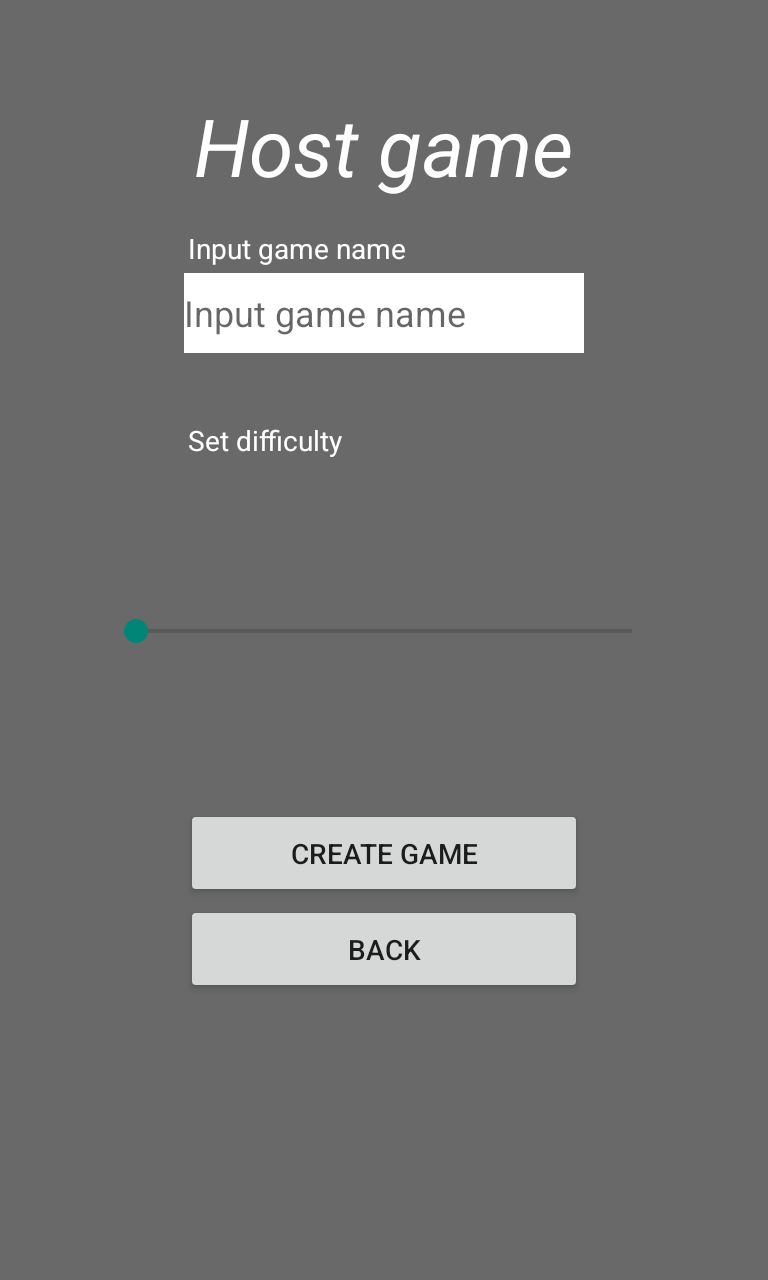
Repository: Hannanina/GuessTag
Layout: GuessTag/res/layout/activity_host.xml
These files come from the project's save history. The layout is drawn as it stood at one moment and after the next save; the edit follows.
It is drawn on a 768 x 1280 px phone screen (xhdpi) without system bars, with theme AppTheme; the app's code is not run.

Above is the layout before, as saved 2014-12-08 10:41:29.

### GuessTag/res/layout/activity_host.xml
<LinearLayout xmlns:android="http://schemas.android.com/apk/res/android"
    xmlns:tools="http://schemas.android.com/tools"
    android:layout_width="match_parent"
    android:layout_height="match_parent"
    android:paddingBottom="@dimen/activity_vertical_margin"
    android:paddingLeft="@dimen/activity_horizontal_margin"
    android:paddingRight="@dimen/activity_horizontal_margin"
    android:paddingTop="@dimen/activity_vertical_margin"
    android:orientation="vertical"
    android:background="@color/DimGray"
    tools:context="com.example.guesstag.HostActivity" >

    <TextView
        android:id="@+id/host_heading"
        android:layout_marginTop="30dp"
        android:layout_marginBottom="15dp"
        android:layout_width="wrap_content"
	    android:layout_height="wrap_content"
	    android:layout_gravity="center"
	    android:text="@string/host_heading"
	    android:textStyle="italic"
	    android:textSize="40sp"
	    android:textColor="@color/White">
    </TextView>

    <LinearLayout
        android:id="@+id/input_container"
        android:orientation="vertical"
        android:layout_width="200dp"
        android:layout_height="96dp"
        android:layout_gravity="center" >
   		<TextView
        	android:id="@+id/game_name_instruction"
        	android:layout_width="wrap_content"
	    	android:layout_height="wrap_content"
	    	android:layout_marginLeft="2dp"
	    	android:layout_marginBottom="3dp"
	    	android:text="@string/game_name_instruction"
	    	android:textColor="@color/White">
    	</TextView>

    	<EditText
        	android:id="@+id/input_game_name"
        	android:layout_width="match_parent"
        	android:layout_height="40dp"
        	android:layout_gravity="center"
        	android:background="@color/White"
        	android:hint="@string/input_game_name" >

    	</EditText>
    </LinearLayout>
    <LinearLayout
        android:id="@+id/inst_container"
        android:orientation="vertical"
        android:layout_width="200dp"
        android:layout_height="96dp"
        android:layout_gravity="center" >

        <TextView
        	android:id="@+id/difficulty_setting_instruction"
        	android:layout_width="wrap_content"
	    	android:layout_height="wrap_content"
	    	android:layout_marginLeft="2dp"
	    	android:layout_marginBottom="3dp"
	    	android:text="@string/difficulty_setting_instruction"
	    	android:textColor="@color/White">
    	</TextView>

    </LinearLayout>
    <LinearLayout
        android:id="@+id/difficulty_container"
        android:orientation="vertical"
        android:layout_width="280dp"
        android:layout_height="96dp"
        android:layout_gravity="center" >

        <SeekBar
            android:layout_width="match_parent"
            android:layout_height="wrap_content" >
        </SeekBar>
    </LinearLayout>

    <Button
	    android:id="@+id/button_create"
	    android:layout_width="200dp"
	    android:layout_height="48dp"
	    android:layout_gravity="bottom|center"
	    android:text="@string/button_create"
	    android:onClick="onClickCreate" >
	</Button>

    <Button
	    android:id="@+id/button_back"
	    android:layout_width="200dp"
	    android:layout_height="48dp"
	    android:layout_gravity="bottom|center"
	    android:text="@string/button_back"
	    android:onClick="onClickBack" >
	</Button>

</LinearLayout>

### GuessTag/res/values/colors.xml
<?xml version="1.0" encoding="utf-8"?>
<resources>
 <color name="white">#FFFFFF</color>
 <color name="yellow">#FFFF00</color>
 <color name="fuchsia">#FF00FF</color>
 <color name="red">#FF0000</color>
 <color name="silver">#C0C0C0</color>
 <color name="gray">#808080</color>
 <color name="olive">#808000</color>
 <color name="purple">#800080</color>
 <color name="maroon">#800000</color>
 <color name="aqua">#00FFFF</color>
 <color name="lime">#00FF00</color>
 <color name="teal">#008080</color>
 <color name="green">#008000</color>
 <color name="blue">#0000FF</color>
 <color name="navy">#000080</color>
 <color name="black">#000000</color>


 <color name="White">#FFFFFF</color>
 <color name="Ivory">#FFFFF0</color>
 <color name="LightYellow">#FFFFE0</color>
 <color name="Yellow">#FFFF00</color>
 <color name="Snow">#FFFAFA</color>
 <color name="FloralWhite">#FFFAF0</color>
 <color name="LemonChiffon">#FFFACD</color>
 <color name="Cornsilk">#FFF8DC</color>
 <color name="Seashell">#FFF5EE</color>
 <color name="LavenderBlush">#FFF0F5</color>
 <color name="PapayaWhip">#FFEFD5</color>
 <color name="BlanchedAlmond">#FFEBCD</color>
 <color name="MistyRose">#FFE4E1</color>
 <color name="Bisque">#FFE4C4</color>
 <color name="Moccasin">#FFE4B5</color>
 <color name="NavajoWhite">#FFDEAD</color>
 <color name="PeachPuff">#FFDAB9</color>
 <color name="Gold">#FFD700</color>
 <color name="Pink">#FFC0CB</color>
 <color name="LightPink">#FFB6C1</color>
 <color name="Orange">#FFA500</color>
 <color name="LightSalmon">#FFA07A</color>
 <color name="DarkOrange">#FF8C00</color>
 <color name="Coral">#FF7F50</color>
 <color name="HotPink">#FF69B4</color>
 <color name="Tomato">#FF6347</color>
 <color name="OrangeRed">#FF4500</color>
 <color name="DeepPink">#FF1493</color>
 <color name="Fuchsia">#FF00FF</color>
 <color name="Magenta">#FF00FF</color>
 <color name="Red">#FF0000</color>
 <color name="OldLace">#FDF5E6</color>
 <color name="LightGoldenrodYellow">#FAFAD2</color>
 <color name="Linen">#FAF0E6</color>
 <color name="AntiqueWhite">#FAEBD7</color>
 <color name="Salmon">#FA8072</color>
 <color name="GhostWhite">#F8F8FF</color>
 <color name="MintCream">#F5FFFA</color>
 <color name="WhiteSmoke">#F5F5F5</color>
 <color name="Beige">#F5F5DC</color>
 <color name="Wheat">#F5DEB3</color>
 <color name="SandyBrown">#F4A460</color>
 <color name="Azure">#F0FFFF</color>
 <color name="Honeydew">#F0FFF0</color>
 <color name="AliceBlue">#F0F8FF</color>
 <color name="Khaki">#F0E68C</color>
 <color name="LightCoral">#F08080</color>
 <color name="PaleGoldenrod">#EEE8AA</color>
 <color name="Violet">#EE82EE</color>
 <color name="DarkSalmon">#E9967A</color>
 <color name="Lavender">#E6E6FA</color>
 <color name="LightCyan">#E0FFFF</color>
 <color name="BurlyWood">#DEB887</color>
 <color name="Plum">#DDA0DD</color>
 <color name="Gainsboro">#DCDCDC</color>
 <color name="Crimson">#DC143C</color>
 <color name="PaleVioletRed">#DB7093</color>
 <color name="Goldenrod">#DAA520</color>
 <color name="Orchid">#DA70D6</color>
 <color name="Thistle">#D8BFD8</color>
 <color name="LightGrey">#D3D3D3</color>
 <color name="Tan">#D2B48C</color>
 <color name="Chocolate">#D2691E</color>
 <color name="Peru">#CD853F</color>
 <color name="IndianRed">#CD5C5C</color>
 <color name="MediumVioletRed">#C71585</color>
 <color name="Silver">#C0C0C0</color>
 <color name="DarkKhaki">#BDB76B</color>
 <color name="RosyBrown">#BC8F8F</color>
 <color name="MediumOrchid">#BA55D3</color>
 <color name="DarkGoldenrod">#B8860B</color>
 <color name="FireBrick">#B22222</color>
 <color name="PowderBlue">#B0E0E6</color>
 <color name="LightSteelBlue">#B0C4DE</color>
 <color name="PaleTurquoise">#AFEEEE</color>
 <color name="GreenYellow">#ADFF2F</color>
 <color name="LightBlue">#ADD8E6</color>
 <color name="DarkGray">#A9A9A9</color>
 <color name="Brown">#A52A2A</color>
 <color name="Sienna">#A0522D</color>
 <color name="YellowGreen">#9ACD32</color>
 <color name="DarkOrchid">#9932CC</color>
 <color name="PaleGreen">#98FB98</color>
 <color name="DarkViolet">#9400D3</color>
 <color name="MediumPurple">#9370DB</color>
 <color name="LightGreen">#90EE90</color>
 <color name="DarkSeaGreen">#8FBC8F</color>
 <color name="SaddleBrown">#8B4513</color>
 <color name="DarkMagenta">#8B008B</color>
 <color name="DarkRed">#8B0000</color>
 <color name="BlueViolet">#8A2BE2</color>
 <color name="LightSkyBlue">#87CEFA</color>
 <color name="SkyBlue">#87CEEB</color>
 <color name="Gray">#808080</color>
 <color name="Olive">#808000</color>
 <color name="Purple">#800080</color>
 <color name="Maroon">#800000</color>
 <color name="Aquamarine">#7FFFD4</color>
 <color name="Chartreuse">#7FFF00</color>
 <color name="LawnGreen">#7CFC00</color>
 <color name="MediumSlateBlue">#7B68EE</color>
 <color name="LightSlateGray">#778899</color>
 <color name="SlateGray">#708090</color>
 <color name="OliveDrab">#6B8E23</color>
 <color name="SlateBlue">#6A5ACD</color>
 <color name="DimGray">#696969</color>
 <color name="MediumAquamarine">#66CDAA</color>
 <color name="CornflowerBlue">#6495ED</color>
 <color name="CadetBlue">#5F9EA0</color>
 <color name="DarkOliveGreen">#556B2F</color>
 <color name="Indigo">#4B0082</color>
 <color name="MediumTurquoise">#48D1CC</color>
 <color name="DarkSlateBlue">#483D8B</color>
 <color name="SteelBlue">#4682B4</color>
 <color name="RoyalBlue">#4169E1</color>
 <color name="Turquoise">#40E0D0</color>
 <color name="MediumSeaGreen">#3CB371</color>
 <color name="LimeGreen">#32CD32</color>
 <color name="DarkSlateGray">#2F4F4F</color>
 <color name="SeaGreen">#2E8B57</color>
 <color name="ForestGreen">#228B22</color>
 <color name="LightSeaGreen">#20B2AA</color>
 <color name="DodgerBlue">#1E90FF</color>
 <color name="MidnightBlue">#191970</color>
 <color name="Aqua">#00FFFF</color>
 <color name="Cyan">#00FFFF</color>
 <color name="SpringGreen">#00FF7F</color>
 <color name="Lime">#00FF00</color>
 <color name="MediumSpringGreen">#00FA9A</color>
 <color name="DarkTurquoise">#00CED1</color>
 <color name="DeepSkyBlue">#00BFFF</color>
 <color name="DarkCyan">#008B8B</color>
 <color name="Teal">#008080</color>
 <color name="Green">#008000</color>
 <color name="DarkGreen">#006400</color>
 <color name="Blue">#0000FF</color>
 <color name="MediumBlue">#0000CD</color>
 <color name="DarkBlue">#00008B</color>
 <color name="Navy">#000080</color>
 <color name="Black">#000000</color>
</resources>

### GuessTag/res/values/strings.xml
<?xml version="1.0" encoding="utf-8"?>
<resources>

    <string name="app_name">guess#</string>
    <string name="hello_world">Hello world!</string>
    <string name="action_settings">Settings</string>

    <!-- BACK BUTTON -->
    <string name="button_back">Back</string>

    <!-- START ACTIVITY -->
    <string name="start_heading">guess#</string>
    <string name="button_start">Start new game</string>
    <string name="button_highscore">Highscore</string>
    <string name="button_rules">Rules</string>
    <string name="title_activity_rules">RulesActivity</string>

    <!-- RULES ACTIVITY -->
    <string name="rules_heading">Rules</string>
    <string name="rules_text">Lorem ipsum dolor sit amet, consectetuer adipiscing elit, sed diam nonummy nibh euismod tincidunt ut laoreet dolore magna aliquam erat volutpat. Ut wisi enim ad minim veniam, quis nostrud exerci tation ullamcorper suscipit lobortis nisl ut aliquip ex ea commodo consequat. Duis autem vel eum iriure dolor in hendrerit in vulputate velit esse molestie consequat, vel illum dolore eu feugiat nulla facilisis at vero eros et accumsan et iusto odio dignissim qui blandit praesent luptatum zzril delenit augue duis dolore te feugait nulla facilisi. Nam liber tempor cum soluta nobis eleifend option congue nihil imperdiet doming id quod mazim placerat facer possim assum. Typi non habent claritatem insitam; est usus legentis in iis qui facit eorum claritatem. Investigationes demonstraverunt lectores legere me lius quod ii legunt saepius. Claritas est etiam processus dynamicus, qui sequitur mutationem consuetudium lectorum. Mirum est notare quam littera gothica, quam nunc putamus parum claram, anteposuerit litterarum formas humanitatis per seacula quarta decima et quinta decima. Eodem modo typi, qui nunc nobis videntur parum clari, fiant sollemnes in futurum.</string>

    <!-- NEW ACTIVITY -->
    <string name="new_heading">Start new game</string>
    <string name="button_host">Host game</string>
    <string name="button_join">Join game</string>

    <!-- HOST ACTIVITY -->
    <string name="host_heading">Host game</string>
    <string name="game_name_instruction">Input game name</string>
    <string name="difficulty_setting_instruction">Set difficulty</string>
    <string name="input_game_name">Input game name</string>
    <string name="button_create">Create game</string>

    <!-- INPUT TAG ACTIVITY -->
    <string name="title_activity_input_tag">InputTagActivity</string>
    <string name="title_activity_select_tagger">SelectTaggerActivity</string>

    <!-- TIMER ACTIVITY -->
    <string name="title_activity_timer">TimerActivity</string>
    <string name="title_activity_host">HostActivity</string>

</resources>

Loaded but not shown: GuessTag/res/values/styles.xml (common file); GuessTag/res/values-v11/styles.xml (common file); GuessTag/res/values-v14/styles.xml (common file); GuessTag/res/values/dimens.xml (common file); GuessTag/res/values-w820dp/dimens.xml (common file)

After the next save:
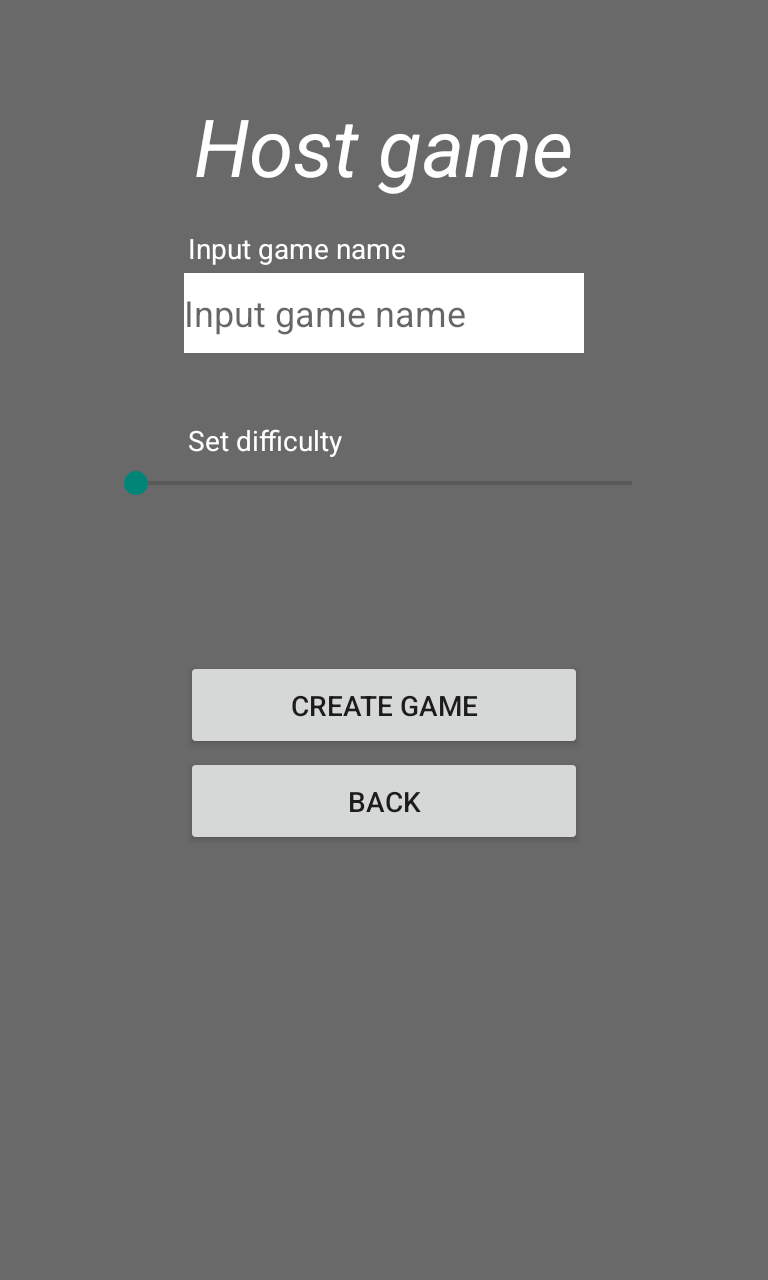
Saved 17 s later.
--- a/GuessTag/res/layout/activity_host.xml
+++ b/GuessTag/res/layout/activity_host.xml
@@ -53,7 +53,7 @@
         android:id="@+id/inst_container"
         android:orientation="vertical"
         android:layout_width="200dp"
-        android:layout_height="96dp"
+        android:layout_height="wrap_content"
         android:layout_gravity="center" >
 
         <TextView
